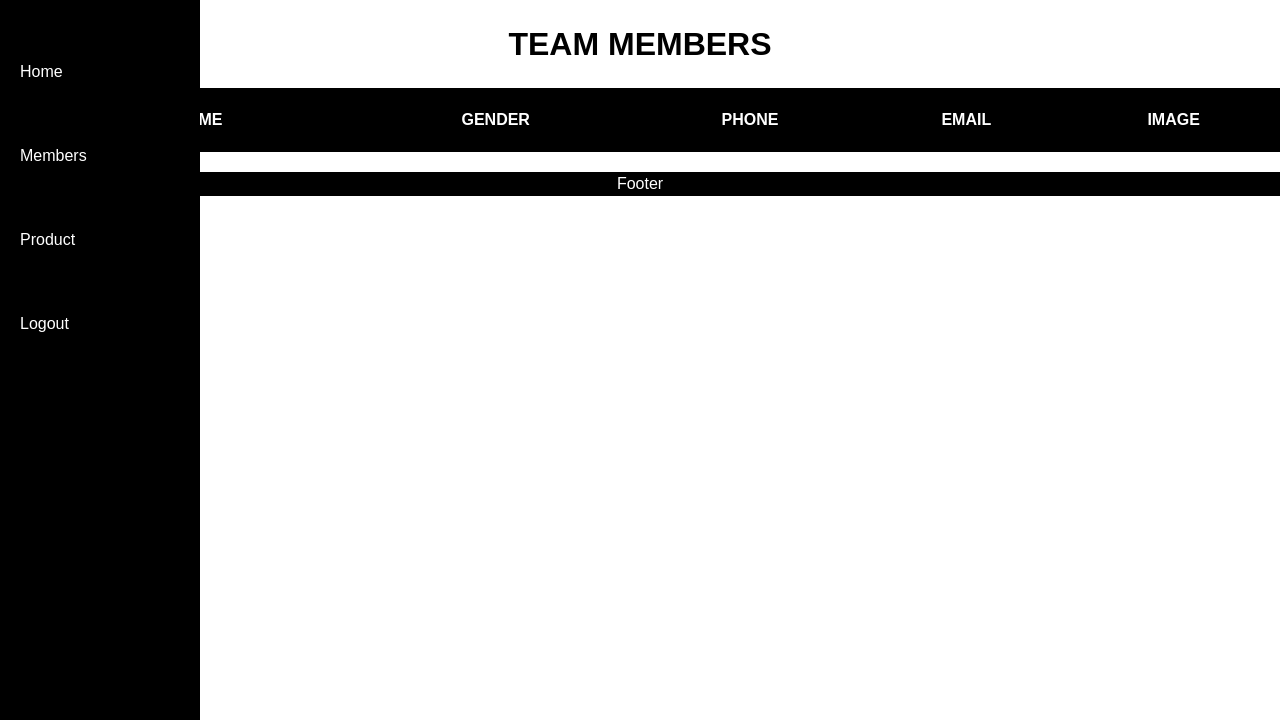
Repository: Eugene44-hub/SHRGroup46-capstone
Page: /members
These files come from the project's save history. The page is drawn as it stood at one moment and after the next save; the edit follows.
The browser window is 1280 px wide. The pictures show the whole page.
The page's requests for data from a server got no answer. The project was rebuilt for these pictures with package versions that can differ from the ones it lists, and the page was loaded fresh each time. No one was signed in, and anything a server would have sent is missing.

Above is the page before, as saved 2022-05-19 15:31:48.

### src/index.css
@tailwind base;
@tailwind components;
@tailwind utilities;
@import url('https://fonts.googleapis.com/css2?family=Poppins:wght@300;400;500;700&display=swap');
body {
    font-family: 'Poppins', sans-serif;
}

code {
    font-family: source-code-pro, Menlo, Monaco, Consolas, 'Courier New', monospace;
}

* {
    margin: 0;
    padding: 0;
    box-sizing: border-box;
}

@layer components {
    .tax {
        @apply text-sm font-medium
    }
    .taxPrice {
        @apply font-extralight
    }
}

### src/App.js
import React from 'react'
import { lazy, Suspense, useEffect, useState } from "react";
import { Route, Routes,BrowserRouter as Router } from "react-router-dom";

//read through comments on each component and pages to understand properly

// only tailwind and css modules are used in this project, any additional libraries should be told to the lead before installation

//Note: you can use normal import statement on the pages. Lazy load is for only Routing pages

// API's too have been fetched in utility folder you can import and use with the syntax below

import { fetchAllData,fetchCompanyQuantity,fetchPersonQuantity,fetchProductQuantity } from "./utilities/apis";
// fetchAllData(input endpoint here to fetch all data).then(data =>console.log(data) )
// fetchPersonQuantity(input quantity here to fetch an amount of data).then(data =>console.log(data) )
// fetchProductQuantity(input quantity here to fetch an amount of data).then(data =>console.log(data) )
// fetchCompanyQuantity(input quantity here to fetch an amount of data).then(data =>console.log(data) )

// endpoints are as follows:
// https://fakerapi.it/api/v1/products?_quantity=1
// https://fakerapi.it/api/v1/companies?_quantity=1
// https://fakerapi.it/api/v1/persons?_quantity=10
// https://fakerapi.it/api/v1/products
// https://fakerapi.it/api/v1/companies
// https://fakerapi.it/api/v1/persons

// check utilities folder for more details on the api functions

// happy coding


const Nav=lazy(()=>import('./components/nav/Nav'));
const Home=lazy(()=>import('./pages/home/Home'));
const Dashboard=lazy(()=>import('./pages/dashboard/Dashboard'))
const Members=lazy(()=>import('./pages/members/Members'))
const Product=lazy(()=>import('./pages/product/Product'))
const Login=lazy(()=>import('./pages/login/Login'))
const Footer=lazy(()=>import('./components/footer/Footer'))



const quantity = 12;

function App() {

  const[products, setProducts] = useState('')
  const [members,setMembers]=useState(null)

  useEffect(() => {
    fetchProductQuantity(quantity).then(data =>setProducts(data.data) )
    fetchAllData("https://fakerapi.it/api/v1/persons").then(data =>setMembers(data))
  }, [])

  return (
    <div className="App">

<Suspense fallback={<h1>Loading...</h1>}>
  <Router>
  <Nav/>

<Routes>
<Route path="/" element={<Home/>} />
<Route path="/product" element={<Product products = {products}/>} />
<Route path="/dashboard" element={<Dashboard/>} />
<Route path="/login" element={<Login/>} />
<Route path="/members" element={<Members members={members}/>} />
</Routes>
</Router>
<Footer/>
</Suspense>
    </div>
  );
}

export default App;

### src/utilities/apis.js
//this function takes in the url as an argument in string format

export const fetchAllData = async(url) => {
    const response = await fetch(url);
    const data = await response.json();
    return data;
}

//

// this part take in the quantity as an argument in integer format
export const fetchPersonQuantity = async(quantity) => {
    const response = await fetch(`https://fakerapi.it/api/v1/persons?_quantity=${quantity}`);
    const data = await response.json();
    return data;
}

export const fetchCompanyQuantity = async(quantity) => {

    const response = await fetch(`https://fakerapi.it/api/v1/companies?_quantity=${quantity}`);
    const data = await response.json();
    return data;
}

export const fetchProductQuantity = async(quantity) => {
    const response = await fetch(`https://fakerapi.it/api/v1/products?_quantity=${quantity}`);
    const data = await response.json();
    return data;
}



// https://fakerapi.it/api/v1/products?_quantity=1
// https://fakerapi.it/api/v1/companies?_quantity=1
// https://fakerapi.it/api/v1/persons?_quantity=10

### src/components/nav/Nav.jsx
import React from 'react'
import { useNavigate } from 'react-router-dom'

import styles from './Nav.module.css'
const navItems=[{
  item:'Home',
  url:'/'
},
{
  item:'members',
  url:'/'
},
{
  item:'product',
  url:'/'
},
{
  item:'logout',
  url:'/'
}]
const Nav = () => {
  const navigate=useNavigate()
  return (
    <nav className={`${styles.nav} `}>
      <div className='fixed w-[200px] bg-black z-50 pt-5 top-0 h-full'>
      <ul>

{navItems.map((navItem,index)=>(<li className='my-5 p-5 hover:bg-gray-200 hover:text-black'>
  <button className='capitalize ' onClick={()=>navigate(navItem.url)}>{navItem.item}</button>
</li>))}
<li>

</li>
</ul>
      </div>

    </nav>
  )
}

export default Nav

### src/pages/members/Members.jsx
import React from 'react'
//components should be imported from here if needed
// make use of your normal import statement here to import components
// make use of the css module folder or tailwind or you can use inline styles
// check the sample on nav and footer for css modules


const Members = ({members}) => {

console.log(members);
  return (
    <section className='my-5'>
    <div className='container'>
    <header className='md:text-[2rem] text-center font-bold uppercase mb-5'>
      Team members
    </header>
<table className='w-full text-white'>
 <thead>


    <tr className='bg-black border-white'>
      <th className='text-center  py-5 text-[.5rem] md:text-[1rem] uppercase'>fullname</th>
      <th className='text-center py-5 text-[.5rem] md:text-[1rem] uppercase'>gender</th>
      <th className='text-center py-5 text-[.5rem] md:text-[1rem] uppercase'>phone</th>
      <th className='text-center py-5 text-[.5rem] md:text-[1rem] uppercase'>email</th>
      <th className='text-center py-5 text-[.5rem] md:text-[1rem] uppercase'>image</th>
    </tr>
    </thead>

<tbody>
  {members&&members.data.map((member,index) => (
      <tr key={index} style={{backgroundColor:index%2===0?"lightgrey":"black", color:index%2===0?"black":"white"}} className="py-5 shadow-lg mb-5">
      <td className=' text-center text-[.5rem] md:text-[1rem]'>
      {member.firstname} {member.lastname}
      </td>
      <td className=' text-center text-[.5rem] md:text-[1rem] capitalize'>
      {member.gender}
      </td>
      <td className=' text-center text-[.5rem] md:text-[1rem]'>
      {member.phone}
      </td>
      <td className=' text-center text-[.5rem] md:text-[1rem]'>
      {member.email}
      </td>
      <td className=' py-2  text-center text-[.5rem] md:text-[1rem]'>
      <img src={member.image} className="w-[50px] mx-auto h-[50px] rounded-full" alt="" />
      </td>
      </tr>
      ))}
</tbody>

</table>

    </div>

    </section>
  )
}

export default Members

### src/components/footer/Footer.jsx
import React from 'react'
import styles from "./Footer.module.css"
const Footer = () => {
  return (
    <footer className={styles.footer}>Footer</footer>
  )
}

export default Footer

### src/components/nav/Nav.module.css
/** @format */

nav {
    /* height: 300px; */
    background-color: black;
    color: white;
}

### src/components/footer/Footer.module.css
/** @format */

footer {
  /* height: 300px; */
  background-color: black;
  color: white;
  text-align: center;
}

Loaded but not shown: public/index.html (common file); src/index.js (common file); tailwind.config.js (common file)

After the next save:
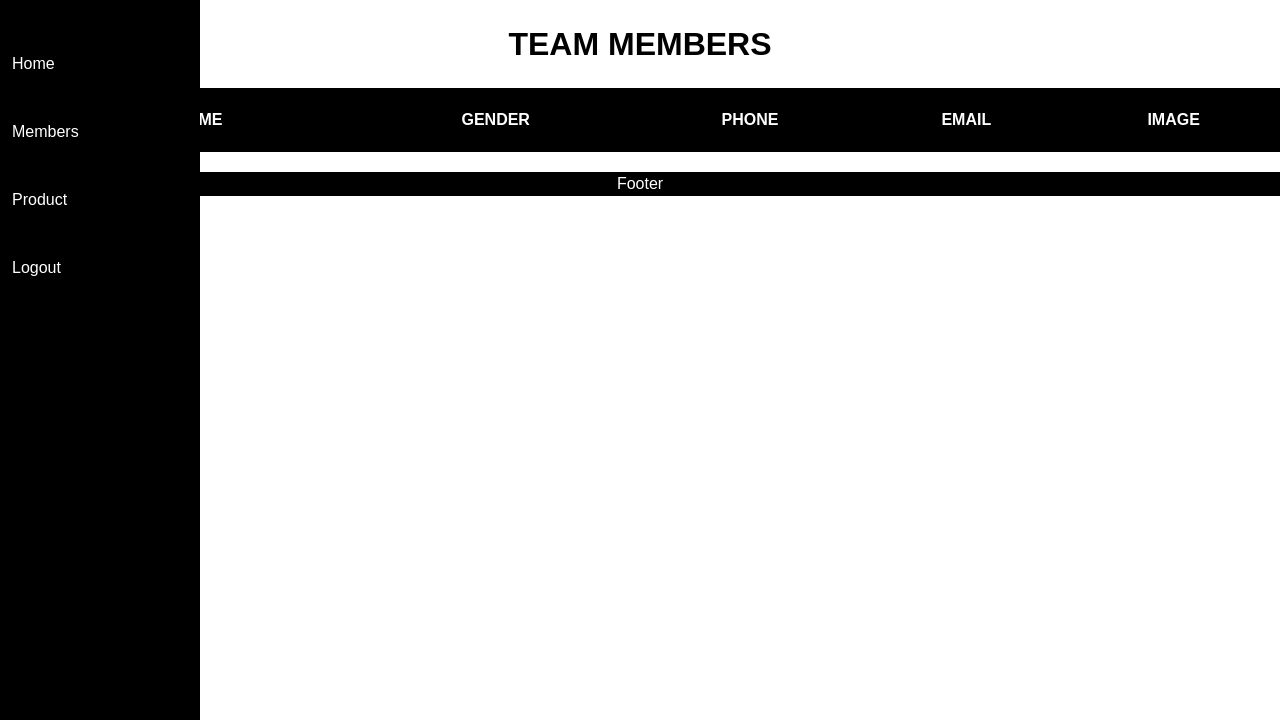
Saved 25 s later.
--- a/src/components/nav/Nav.jsx
+++ b/src/components/nav/Nav.jsx
@@ -25,7 +25,7 @@ const Nav = () => {
       <div className='fixed w-[200px] bg-black z-50 pt-5 top-0 h-full'>
       <ul>
 
-{navItems.map((navItem,index)=>(<li className='my-5 p-5 hover:bg-gray-200 hover:text-black'>
+{navItems.map((navItem,index)=>(<li className='my-5 p-3 transition-all hover:bg-gray-200 hover:text-black'>
   <button className='capitalize ' onClick={()=>navigate(navItem.url)}>{navItem.item}</button>
 </li>))}
 <li>
